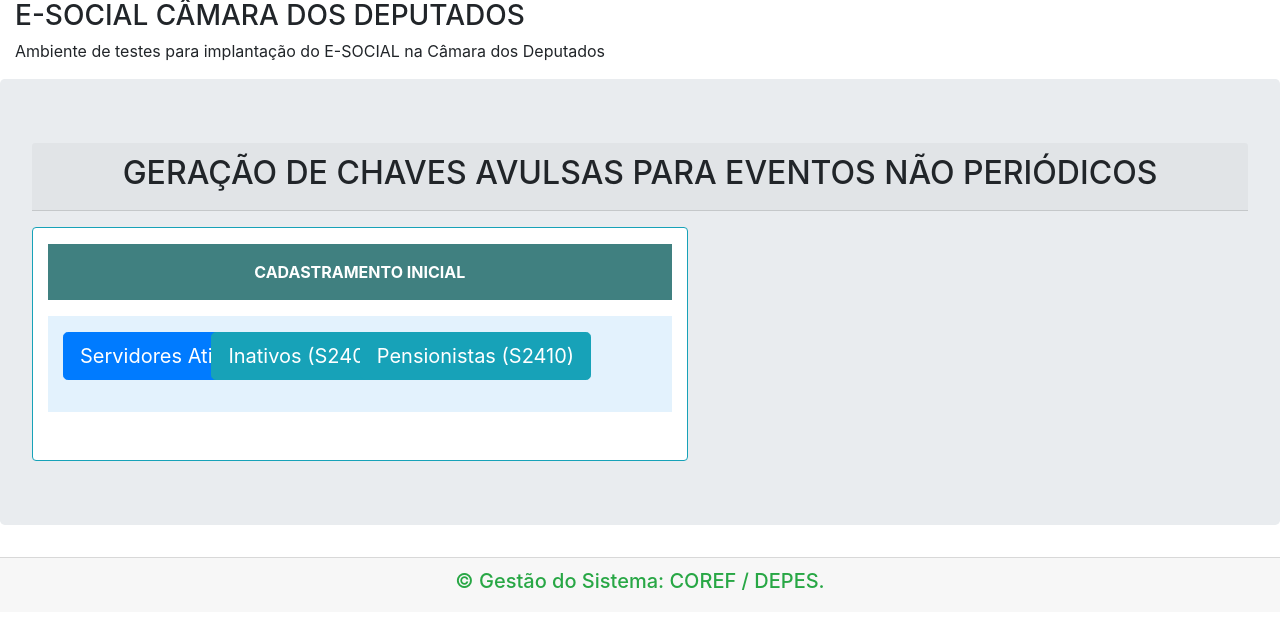
Repository: coref-depes/esocialapp
Page: http://localhost/paginaprincipal
These files come from the project's save history. The page is drawn as it stood at one moment and after the next save; the edit follows.
The browser window is 1280 px wide. The pictures show the whole page.
Some web fonts or font styles are not loaded; a fallback is used. The page is this project's Thymeleaf template; nobody is signed in. The template is opened directly, without the code that normally fills it, so the values that code supplies are empty.

Above is the page before, as saved 2022-08-03 15:13:18.

### br.gov.camara.esocial/src/main/resources/templates/paginaprincipal.html
<!DOCTYPE html>
<html lang="pt-br" xmlns="http://www.w3.org/1999/xhtml"
	xmlns:th="http://www.thymeleaf.org"
	xmlns:layout="http://www.ultraq.net.nz/thymeleaf/layout"
	xmlns:sec="http://www.thymeleaf.org/thymeleaf-extras-springsecurity4">


<head>
<title>Sipes</title>

<meta charset="UTF-8" />
<meta http-equiv="X-UA-Compatible" content="IE=edge" />
<meta name="viewport"
	content="width=device-width, initial-scale=1, shrink-to-fit=no" />
<meta name="description" content="" />
<meta name="author" content="" />
<link rel="icon" href="/image/iconeCD.png" />

<!-- Bootstrap core CSS -->
<link rel="stylesheet"
	href="https://stackpath.bootstrapcdn.com/bootstrap/4.1.3/css/bootstrap.min.css"
	integrity="sha384-MCw98/SFnGE8fJT3GXwEOngsV7Zt27NXFoaoApmYm81iuXoPkFOJwJ8ERdknLPMO"
	crossorigin="anonymous">

<link href="/webjars/open-iconic/font/css/open-iconic-bootstrap.min.css"
	rel="stylesheet" />


 <link href="../../dist/css/bootstrap.min.css" rel="stylesheet">

<!-- Custom styles for this template -->
<!-- Bootstrap core CSS -->
<link th:href="@{/css/bootstrap.min.css}" rel="stylesheet" />
	 	<!--link th:href="@{/webjars/open-iconic/font/css/open-iconic-
	 	bootstrap.min.css}" rel="stylesheet" /-->


	<!-- Custom styles for this template -->
	<link th:href="@{/css/estilosMenu.css}" rel="stylesheet" />



</head>

<body>
	<div class="container-fluid" >
<h3 >E-SOCIAL CÂMARA DOS DEPUTADOS</h3>
          <p>Ambiente de testes para implantação do E-SOCIAL na Câmara dos Deputados</p>

	</div>




<main role="main">



	<section class="jumbotron text-center">

	<div class="card-header">
		 <h2>GERAÇÃO DE CHAVES AVULSAS PARA EVENTOS NÃO PERIÓDICOS </h2>
	</div>
	<p>
	 <div class="row col-md-10 text-center border-info ">

     <div class="card border-info col-8">
     <p>
		<div class="card-border " style="background-color: rgb(64, 128, 128); ">
		<p>
		  <p><strong class="text-white" >CADASTRAMENTO INICIAL</strong></p>
		</div>
		<p>
		<div class="nav justify-content-left"   style="background-color: #e3f2fd; ">
         <div class="row col-md-8  align-items-center justify-content-start">
          <p>
         </div>
          <div class="row col-md-12  align-items-left justify-content-start">


  			<div class="form-group col-md-3">
            	<a class="btn btn-primary btn-lg" id = "bts2200" th:href="@{/cadini/abrecadastroinicial/S2200}" role="button">Servidores Ativos (S2200 e S2300)</a></p>
             </div>
             <div class="form-group col-md-3">
            	<a class="btn btn-info btn-lg"        th:href="@{/cadinativos/abrecadastroinicial/S2400}"       role="button">Inativos (S2400 e S2410)</a></p>
             </div>
             <div class="form-group col-md-3">
            	<a class="btn btn-info btn-lg"        th:href="@{/cadinativos/abrecadastroinicial/S2400}"       role="button">Pensionistas (S2410)</a></p>
             </div>
           </div>

         </div>
<p>
<p>
<p>
    </div>
        </div>

</div>


</section>

 </main>

	<div class="card-footer  text-success bg-outline  text-center">
		<h5>&copy; Gestão do Sistema: COREF / DEPES.</h5>
	</div>





	<!-- Bootstrap core JavaScript
    ================================================== -->
	<!-- Placed at the end of the document so the pages load faster -->

	<script src="https://code.jquery.com/jquery-3.3.1.slim.min.js"
		integrity="sha384-q8i/X+965DzO0rT7abK41JStQIAqVgRVzpbzo5smXKp4YfRvH+8abtTE1Pi6jizo"
		crossorigin="anonymous"></script>
	<script
		src="https://cdnjs.cloudflare.com/ajax/libs/popper.js/1.14.3/umd/popper.min.js"
		integrity="sha384-ZMP7rVo3mIykV+2+9J3UJ46jBk0WLaUAdn689aCwoqbBJiSnjAK/l8WvCWPIPm49"
		crossorigin="anonymous"></script>
	<script
		src="https://stackpath.bootstrapcdn.com/bootstrap/4.1.3/js/bootstrap.min.js"
		integrity="sha384-ChfqqxuZUCnJSK3+MXmPNIyE6ZbWh2IMqE241rYiqJxyMiZ6OW/JmZQ5stwEULTy"
		crossorigin="anonymous"></script>


    </script>

</body>

</html>

### br.gov.camara.esocial/src/main/resources/static/css/estilosMenu.css
    font-size: 2.5rem;
    color: white;
}
#icone_grande {
    font-size: 8rem;
    color:#fff;
}

Loaded but not shown: br.gov.camara.esocial/src/main/resources/static/css/bootstrap.min.css (library)

After the next save:
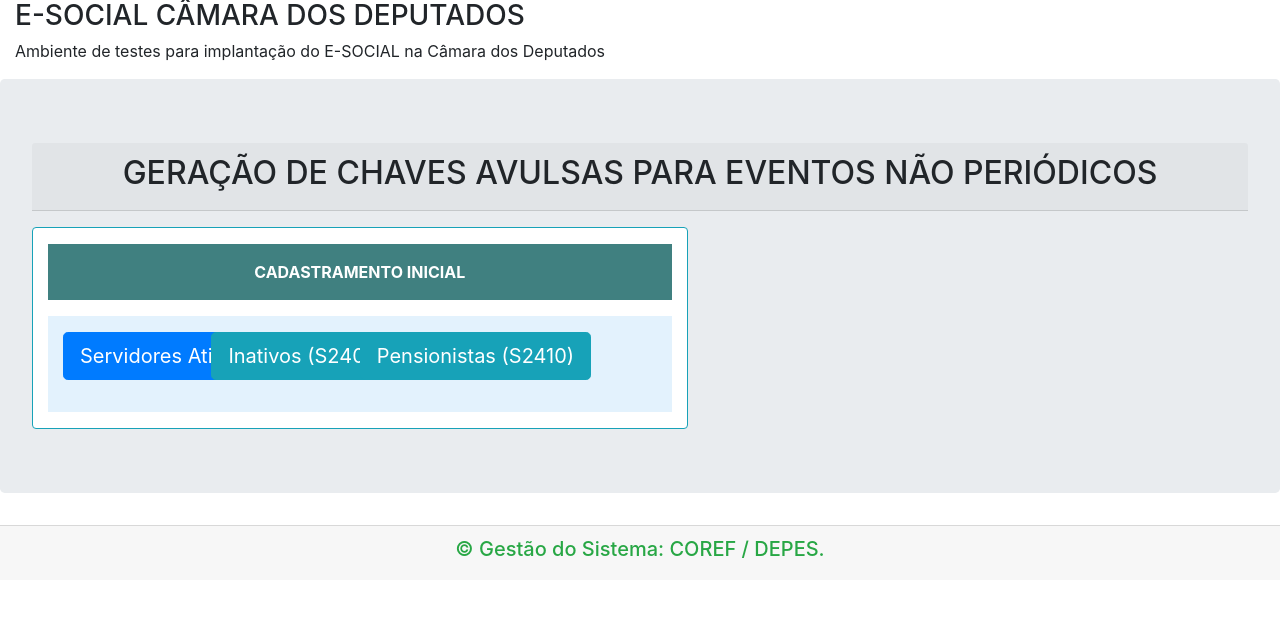
Saved 34 s later.
--- a/br.gov.camara.esocial/src/main/resources/templates/paginaprincipal.html
+++ b/br.gov.camara.esocial/src/main/resources/templates/paginaprincipal.html
@@ -91,8 +91,7 @@
 
          </div>
 <p>
-<p>
-<p>
+
     </div>
         </div>
 
